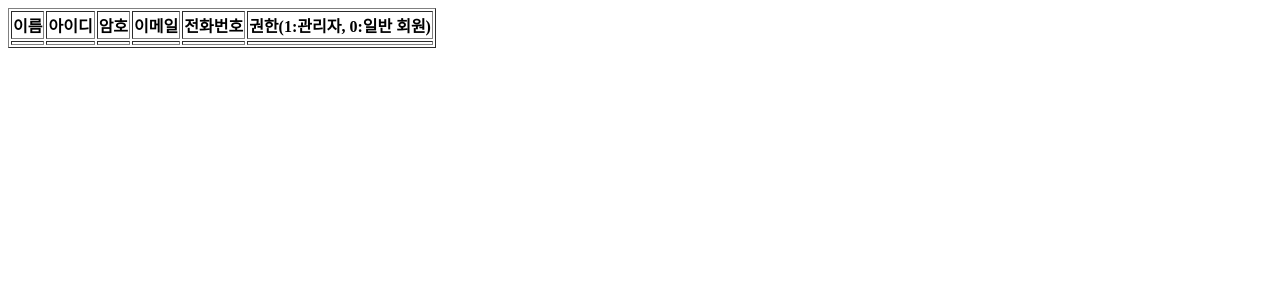
Repository: shinymusket/ideal-memory2
Page: http://localhost/web08/ex01_select.jsp
These files come from the project's save history. The page is drawn as it stood at one moment and after the next save; the edit follows.
The browser window is 1280 px wide. The pictures show the whole page.
The page is served by Tomcat 9. Queries for data that is not in the repository find no rows.

Above is the page before, as saved 2022-06-13 02:44:23.

After the next save:
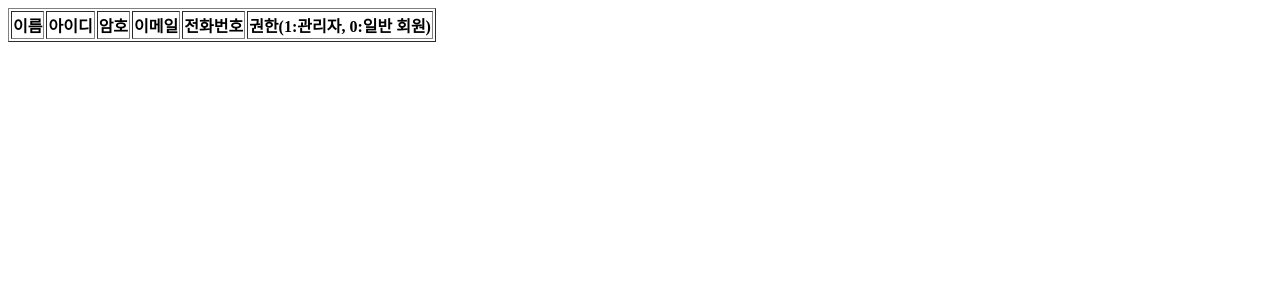
Saved 9 s later.
--- a/jspWorkSpace/web08/WebContent/ex01_select.jsp
+++ b/jspWorkSpace/web08/WebContent/ex01_select.jsp
@@ -107,16 +107,6 @@
 
 
 
-	<tr>
-		<td></td>
-		<td></td>
-		<td></td>
-		<td></td>
-		<td></td>
-		<td></td>
-	</tr>
-
-
 </table>
 </body>
 </html>
